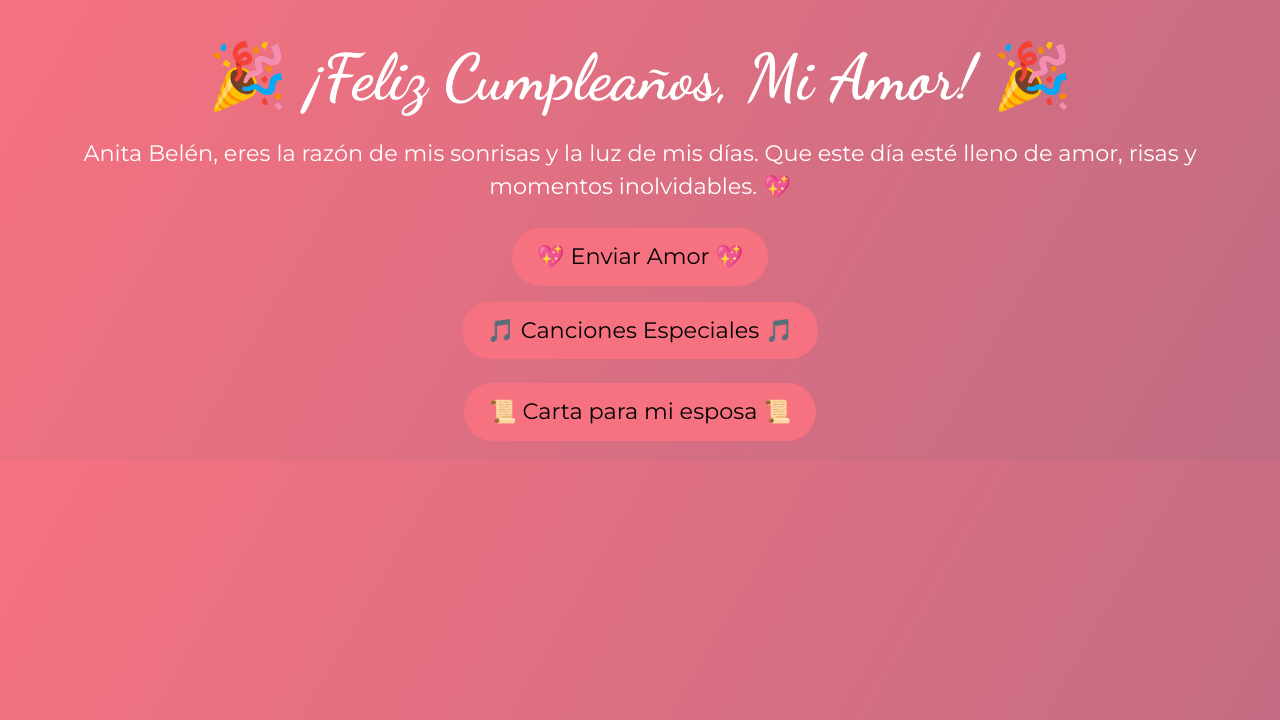
Repository: Jchimbo99/Esposa
Page: index.html
The author's editor kept a copy of each file at every save. The page is drawn from the files as they stood at one save, then again after the next save.
The browser window is 1280 px wide. The pictures show the whole page.

Above is the page before, as saved 2025-01-24 10:16:55.

### index.html
<!DOCTYPE html>
<html lang="en">
<head>
    <meta charset="UTF-8">
    <meta name="viewport" content="width=device-width, initial-scale=1.0">
    <title>¡Feliz Cumpleaños, Amor!</title>
    <!-- Bootstrap CSS -->
    <link href="https://cdn.jsdelivr.net/npm/bootstrap@5.3.0-alpha3/dist/css/bootstrap.min.css" rel="stylesheet">
    <!-- Google Fonts -->
    <link href="https://fonts.googleapis.com/css2?family=Dancing+Script:wght@700&family=Montserrat:wght@400;700&display=swap" rel="stylesheet">
    <!-- Custom CSS -->
    <style>
        body {
            background: linear-gradient(120deg, #ff9a9e, #fad0c4);
            font-family: 'Montserrat', sans-serif;
            color: #fff;
            text-align: center;
            padding: 20px;
            animation: backgroundPulse 3s infinite alternate;
        }

        @keyframes backgroundPulse {
            0% { background: linear-gradient(120deg, #ff9a9e, #fad0c4); }
            100% { background: linear-gradient(120deg, #f67280, #c06c84); }
        }

        h1 {
            font-family: 'Dancing Script', cursive;
            font-size: 4rem;
            margin-top: 20px;
            color: #fff;
        }

        p {
            font-size: 1.4rem;
            margin: 20px 0;
        }

        .btn-custom {
            background-color: #f67280;
            border: none;
            color: black; /* Cambiar el color de las letras a negro */
            padding: 12px 25px; /* Aumentar el tamaño del botón */
            font-size: 1.4rem; /* Aumentar el tamaño de la fuente */
            font-family: 'Montserrat', sans-serif; /* Fuente elegante */
            border-radius: 50px;
            transition: transform 0.3s, box-shadow 0.3s;
        }

        .btn-custom:hover {
            background-color: #c06c84;
            transform: scale(1.1);
            box-shadow: 0 4px 15px rgba(0, 0, 0, 0.2);
        }

        .video-container, #cartaContainer {
            display: none;
            margin-top: 20px;
        }

        iframe {
            width: 100%;
            max-width: 560px;
            height: 315px;
            border: none;
            margin-bottom: 20px;
            transition: transform 0.3s ease;
        }

        iframe:hover {
            transform: scale(1.05);
        }

        /* Carta Animación */
        #carta {
            display: none;
            padding: 20px;
            background-color: #fff;
            color: #000;
            font-family: 'Dancing Script', cursive;
            border-radius: 10px;
            margin-top: 20px;
            box-shadow: 0px 4px 20px rgba(0, 0, 0, 0.1);
            animation: fadeIn 1s ease-in-out;
        }

        @keyframes fadeIn {
            0% { opacity: 0; }
            100% { opacity: 1; }
        }

        .carta p {
            font-size: 1.5rem;
            line-height: 1.6;
        }

        .carta .signature {
            font-size: 1.3rem;
            font-weight: bold;
            margin-top: 20px;
        }
    </style>
</head>
<body>
    <div class="container">
        <h1>🎉 ¡Feliz Cumpleaños, Mi Amor! 🎉</h1>
        <p>Anita Belén, eres la razón de mis sonrisas y la luz de mis días. Que este día esté lleno de amor, risas y momentos inolvidables. 💖</p>

        <div class="mt-4">
            <button class="btn btn-custom" onclick="toggleHeartsAndPhrases()">💖 Enviar Amor 💖</button>
        </div>

        <div class="mt-3">
            <button class="btn btn-custom" onclick="toggleVideos()">🎵 Canciones Especiales 🎵</button>
        </div>

        <div id="videoContainer" class="video-container">
            <iframe width="560" height="315" src="https://www.youtube.com/embed/xvVUPGI8Kgo?si=GNEWsJaVjt3SjVSy" title="YouTube video player" frameborder="0" allow="accelerometer; autoplay; clipboard-write; encrypted-media; gyroscope; picture-in-picture; web-share" referrerpolicy="strict-origin-when-cross-origin" allowfullscreen></iframe>
            <iframe width="560" height="315" src="https://www.youtube.com/embed/nRUtraoH6Yg?si=6tFNvlgnT6he9E5Q" title="YouTube video player" frameborder="0" allow="accelerometer; autoplay; clipboard-write; encrypted-media; gyroscope; picture-in-picture; web-share" referrerpolicy="strict-origin-when-cross-origin" allowfullscreen></iframe>
            <div class="mt-3">
                <a href="/audio/Mon Laferte - Amor Completo.mp3" download="/audio" class="btn btn-custom">🎶 Descargar Música con mucho amor para mi Esposa 🎶</a>
            </div>
        </div>

        <!-- Nuevo botón para abrir la carta -->
        <div class="mt-4">
            <button class="btn btn-custom" onclick="toggleCarta()">📜 Carta para mi esposa 📜</button>
        </div>

        <!-- Contenedor de la carta -->
        <div id="cartaContainer">
            <div id="carta" class="carta">
                <p>Mi amor,</p>
                <p>Querida Anita Belén:</p>
                <p>Hoy, en el día de tu cumpleaños, quiero escribirte desde lo más profundo de mi corazón, porque no hay palabras suficientes para describir cuánto significas para mí. Eres mucho más que mi esposa; eres mi compañera de vida, mi apoyo incondicional y el mayor regalo que Dios me ha dado.</p>
                <p>Quiero agradecerte, mi amor, por ser esa mujer increíble que nunca deja de sorprenderme con su bondad, su paciencia y su fortaleza. Por cada sonrisa que me regalas, por cada palabra de aliento y por cada vez que me demuestras que el amor verdadero existe. En cada día de nuestra vida juntos, tú has sido mi razón para seguir adelante, incluso cuando la vida me pone retos.</p>
                <p>Gracias, Anita Belén, por cuidarme con tanto amor y dedicación, especialmente en los momentos difíciles. Por esas noches en las que velas por mí, por tus manos que me sostienen, por tu corazón lleno de amor que nunca se cansa de dar. Tu cariño es mi mayor bendición, y en tus ojos encuentro la paz que necesito para enfrentar cualquier cosa.</p>
                <p>Hoy, en tu día, le pido a Dios que te llene de salud, alegría y muchos años más de vida. Que cada sonrisa tuya se multiplique, que cada deseo de tu corazón se cumpla, y que todas las bendiciones que me das se te devuelvan al triple. Porque si alguien merece ser feliz, eres tú, mi reina.</p>
                <p>Quiero que sepas que, aunque no siempre pueda expresarlo como quisiera, cada día te amo más. Eres mi todo, mi motivo, mi milagro. Hoy celebro tu vida, y le doy gracias a Dios por permitirme compartirla contigo.</p>
                <p>Te amo con todo mi corazón. ¡Feliz cumpleaños, mi hermosa Anita Belén!</p>
                <p class="signature">Con todo mi amor, [RUEDITAS]</p>
            </div>
        </div>
    </div>

    <!-- Bootstrap JS -->
    <script src="https://cdn.jsdelivr.net/npm/bootstrap@5.3.0-alpha3/dist/js/bootstrap.bundle.min.js"></script>
    <!-- Custom JavaScript -->
    <script>
        const phrases = [
            "Eres mi sol en días nublados ☀️",
            "Te amo más de lo que las palabras pueden decir ❤️",
            "Gracias por hacer mi vida tan especial 🌟",
            "Eres el sueño del que nunca quiero despertar 💕",
            "Hoy celebramos el regalo más hermoso: tú 🎁"
        ];

        function toggleHeartsAndPhrases() {
            const body = document.body;

            for (let i = 0; i < 20; i++) {
                const heart = document.createElement('div');
                heart.className = 'heart';
                heart.innerHTML = '❤️';
                heart.style.left = Math.random() * 100 + 'vw';
                heart.style.fontSize = Math.random() * 1.5 + 1 + 'rem';
                heart.style.animationDelay = Math.random() * 2 + 's';
                body.appendChild(heart);

                const phrase = document.createElement('div');
                phrase.className = 'phrase';
                phrase.innerHTML = phrases[Math.floor(Math.random() * phrases.length)];
                phrase.style.left = Math.random() * 100 + 'vw';
                phrase.style.animationDelay = Math.random() * 2 + 's';
                body.appendChild(phrase);

                setTimeout(() => {
                    heart.remove();
                    phrase.remove();
                }, 6000);
            }
        }

        function toggleVideos() {
            const videoContainer = document.getElementById('videoContainer');
            videoContainer.style.display = (videoContainer.style.display === 'none' || videoContainer.style.display === '') ? 'block' : 'none';
        }

        function toggleCarta() {
            const cartaContainer = document.getElementById('cartaContainer');
            const carta = document.getElementById('carta');

            if (cartaContainer.style.display === 'block') {
                cartaContainer.style.display = 'none';
                carta.style.display = 'none';
            } else {
                cartaContainer.style.display = 'block';
                setTimeout(() => {
                    carta.style.display = 'block';
                }, 200);
            }
        }
    </script>
</body>
</html>

After the next save:
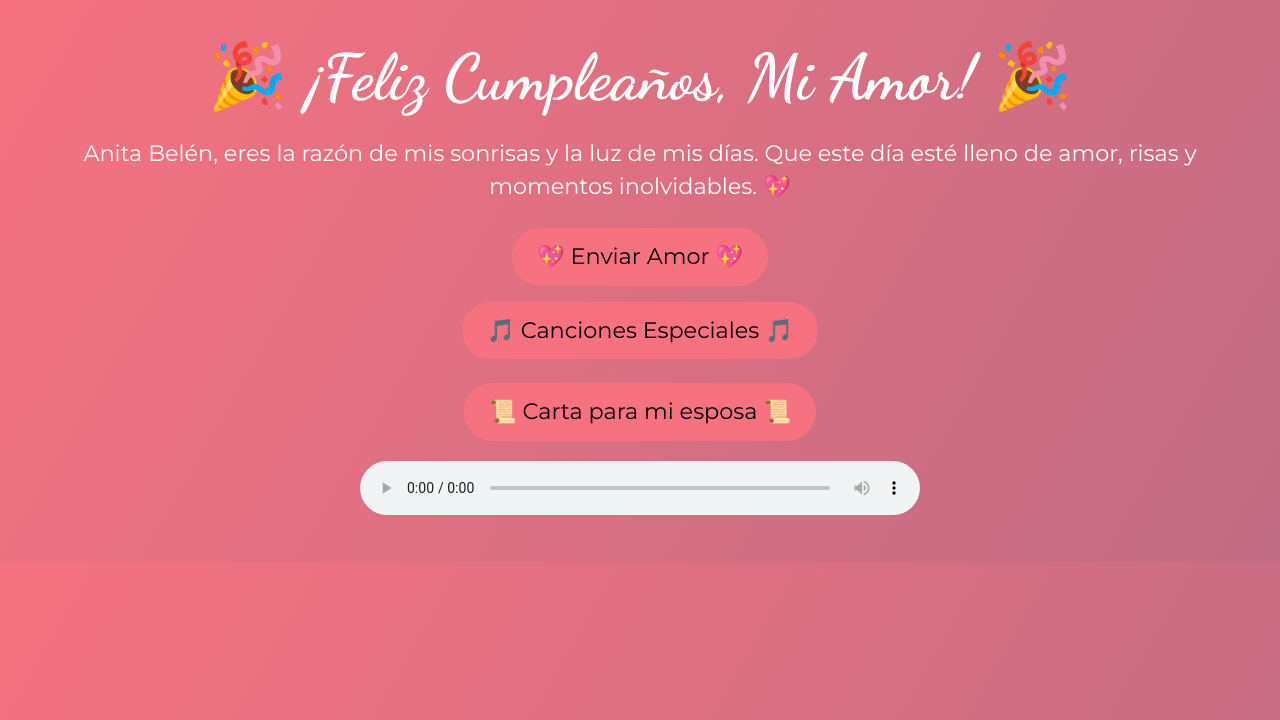
Saved 7 min 12 s later.
--- a/index.html
+++ b/index.html
@@ -39,10 +39,10 @@
         .btn-custom {
             background-color: #f67280;
             border: none;
-            color: black; /* Cambiar el color de las letras a negro */
-            padding: 12px 25px; /* Aumentar el tamaño del botón */
-            font-size: 1.4rem; /* Aumentar el tamaño de la fuente */
-            font-family: 'Montserrat', sans-serif; /* Fuente elegante */
+            color: black;
+            padding: 12px 25px;
+            font-size: 1.4rem;
+            font-family: 'Montserrat', sans-serif;
             border-radius: 50px;
             transition: transform 0.3s, box-shadow 0.3s;
         }
@@ -71,7 +71,6 @@
             transform: scale(1.05);
         }
 
-        /* Carta Animación */
         #carta {
             display: none;
             padding: 20px;
@@ -99,6 +98,14 @@
             font-weight: bold;
             margin-top: 20px;
         }
+
+        /* Reproductor de audio */
+        audio {
+            width: 100%;
+            max-width: 560px;
+            margin: 20px 0;
+            border-radius: 8px;
+        }
     </style>
 </head>
 <body>
@@ -117,9 +124,6 @@
         <div id="videoContainer" class="video-container">
             <iframe width="560" height="315" src="https://www.youtube.com/embed/xvVUPGI8Kgo?si=GNEWsJaVjt3SjVSy" title="YouTube video player" frameborder="0" allow="accelerometer; autoplay; clipboard-write; encrypted-media; gyroscope; picture-in-picture; web-share" referrerpolicy="strict-origin-when-cross-origin" allowfullscreen></iframe>
             <iframe width="560" height="315" src="https://www.youtube.com/embed/nRUtraoH6Yg?si=6tFNvlgnT6he9E5Q" title="YouTube video player" frameborder="0" allow="accelerometer; autoplay; clipboard-write; encrypted-media; gyroscope; picture-in-picture; web-share" referrerpolicy="strict-origin-when-cross-origin" allowfullscreen></iframe>
-            <div class="mt-3">
-                <a href="/audio/Mon Laferte - Amor Completo.mp3" download="/audio" class="btn btn-custom">🎶 Descargar Música con mucho amor para mi Esposa 🎶</a>
-            </div>
         </div>
 
         <!-- Nuevo botón para abrir la carta -->
@@ -132,14 +136,17 @@
             <div id="carta" class="carta">
                 <p>Mi amor,</p>
                 <p>Querida Anita Belén:</p>
-                <p>Hoy, en el día de tu cumpleaños, quiero escribirte desde lo más profundo de mi corazón, porque no hay palabras suficientes para describir cuánto significas para mí. Eres mucho más que mi esposa; eres mi compañera de vida, mi apoyo incondicional y el mayor regalo que Dios me ha dado.</p>
-                <p>Quiero agradecerte, mi amor, por ser esa mujer increíble que nunca deja de sorprenderme con su bondad, su paciencia y su fortaleza. Por cada sonrisa que me regalas, por cada palabra de aliento y por cada vez que me demuestras que el amor verdadero existe. En cada día de nuestra vida juntos, tú has sido mi razón para seguir adelante, incluso cuando la vida me pone retos.</p>
-                <p>Gracias, Anita Belén, por cuidarme con tanto amor y dedicación, especialmente en los momentos difíciles. Por esas noches en las que velas por mí, por tus manos que me sostienen, por tu corazón lleno de amor que nunca se cansa de dar. Tu cariño es mi mayor bendición, y en tus ojos encuentro la paz que necesito para enfrentar cualquier cosa.</p>
-                <p>Hoy, en tu día, le pido a Dios que te llene de salud, alegría y muchos años más de vida. Que cada sonrisa tuya se multiplique, que cada deseo de tu corazón se cumpla, y que todas las bendiciones que me das se te devuelvan al triple. Porque si alguien merece ser feliz, eres tú, mi reina.</p>
-                <p>Quiero que sepas que, aunque no siempre pueda expresarlo como quisiera, cada día te amo más. Eres mi todo, mi motivo, mi milagro. Hoy celebro tu vida, y le doy gracias a Dios por permitirme compartirla contigo.</p>
-                <p>Te amo con todo mi corazón. ¡Feliz cumpleaños, mi hermosa Anita Belén!</p>
+                <p>Hoy, en el día de tu cumpleaños, quiero escribirte desde lo más profundo de mi corazón, porque no hay palabras suficientes para describir cuánto significas para mí...</p>
                 <p class="signature">Con todo mi amor, [RUEDITAS]</p>
             </div>
+        </div>
+
+        <!-- Reproductor de música -->
+        <div>
+            <audio controls>
+                <source src="/audio/Mon Laferte - Amor Completo.mp3" type="audio/mp3">
+                Tu navegador no soporta el elemento de audio.
+            </audio>
         </div>
     </div>
 
